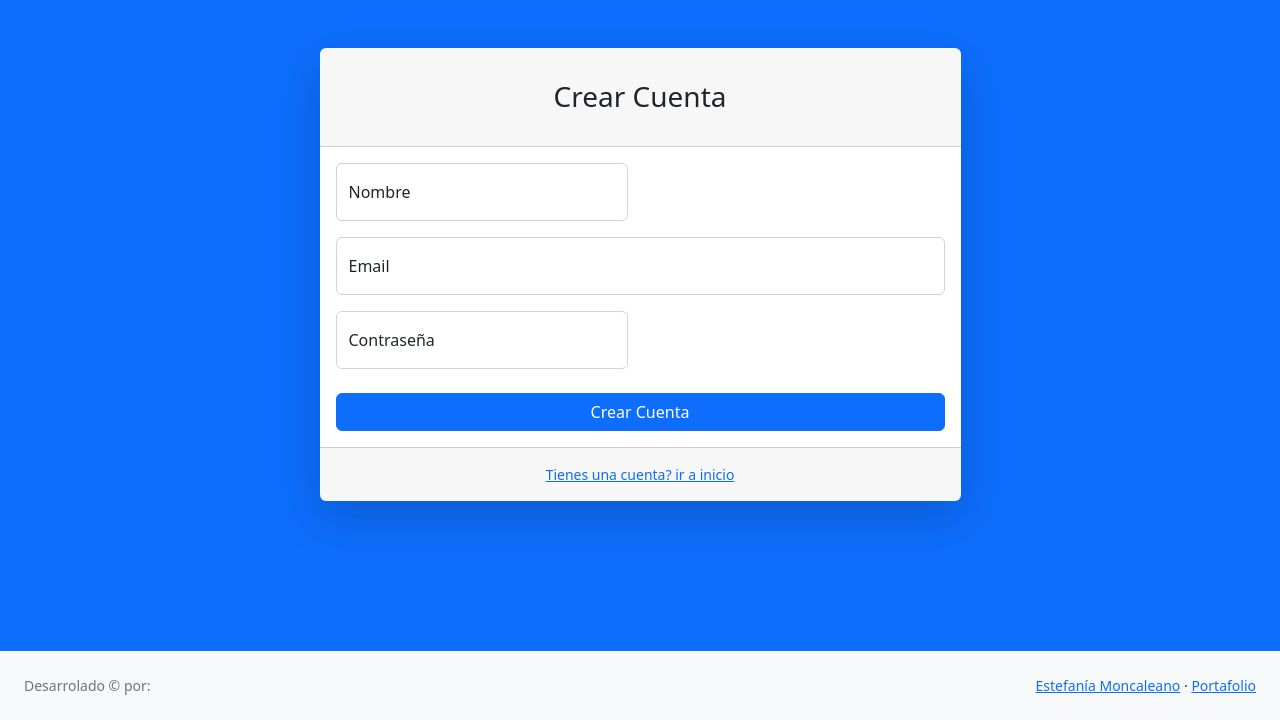
Repository: EstefaMH/Dashboard
Page: register.html
The author's editor kept a copy of each file at every save. The page is drawn from the files as they stood at one save, then again after the next save.
The browser window is 1280 px wide. The pictures show the whole page.
Some web libraries are served in a nearby version.

Above is the page before, as saved 2023-12-29 02:40:43.

### register.html
<!DOCTYPE html>
<html lang="en">

<head>
    <meta charset="utf-8" />
    <meta http-equiv="X-UA-Compatible" content="IE=edge" />
    <meta name="viewport" content="width=device-width, initial-scale=1, shrink-to-fit=no" />
    <meta name="description" content="" />
    <meta name="author" content="" />
    <title>Registro - Admin</title>
    <link href="styles/styles.css" rel="stylesheet" />
    <script src="https://use.fontawesome.com/releases/v6.3.0/js/all.js" crossorigin="anonymous"></script>
</head>

<body class="bg-primary">
    <div id="layoutAuthentication">
        <div id="layoutAuthentication_content">
            <main>
                <div class="container">
                    <div class="row justify-content-center">
                        <div class="col-lg-7">
                            <div class="card shadow-lg border-0 rounded-lg mt-5">
                                <div class="card-header">
                                    <h3 class="text-center font-weight-light my-4">Crear Cuenta</h3>
                                </div>
                                <div class="card-body">
                                    <form class="form_register" id="form_register" name="form_register" onsubmit="submitFormRegister()">
                                        <div class="row mb-3">
                                            <div class="col-md-6">
                                                <div class="form-floating mb-3 mb-md-0">
                                                    <input required name="userName" class="form-control" id="inputFirstName"
                                                        type="text" placeholder="Enter your first name" />
                                                    <label for="inputFirstName">Nombre</label>
                                                </div>
                                            </div>

                                        </div>
                                        <div class="form-floating mb-3">
                                            <input required name="email" class="form-control" id="inputEmail" type="email"
                                                placeholder="name@example.com" />
                                            <label for="inputEmail">Email </label>
                                        </div>
                                        <div class="row mb-3">
                                            <div class="col-md-6">
                                                <div class="form-floating mb-3 mb-md-0">
                                                    <input name="password" class="form-control" id="inputPassword"
                                                        type="password" placeholder="Create a password" />
                                                    <label for="inputPassword">Contraseña</label>
                                                </div>
                                            </div>

                                        </div>
                                        <div class="mt-4 mb-0">
                                            <div class="d-grid">
                                                <button class="btn btn-primary btn-block">Crear
                                                    Cuenta
                                                </button>
                                            </div>
                                        </div>
                                    </form>
                                </div>
                                <div class="card-footer text-center py-3">
                                    <div class="small"><a href="dashboard.html">Tienes una cuenta? ir a inicio</a></div>
                                </div>
                            </div>
                        </div>
                    </div>
                </div>
            </main>
        </div>
        <div id="layoutAuthentication_footer">
            <footer-component></footer-component>
        </div>
    </div>
    <script src="https://cdn.jsdelivr.net/npm/bootstrap@5.2.3/dist/js/bootstrap.bundle.min.js"
        crossorigin="anonymous"></script>
    <script src="js/scripts.js"></script>
    <script src="components/Footer.js"></script>
    <script src="functions/Auth/Register.js"></script>
    <script src="services/POST/postAdmin.js"></script>
    <script src="handlers/Register.js"></script>
    <script src="models/Admin.js"></script>
</body>

</html>

### js/scripts.js
/*!
    * Start Bootstrap - SB Admin v7.0.7 (https://startbootstrap.com/template/sb-admin)
    * Copyright 2013-2023 Start Bootstrap
    * Licensed under MIT (https://github.com/StartBootstrap/startbootstrap-sb-admin/blob/master/LICENSE)
    */
    //
// Scripts
//

window.addEventListener('DOMContentLoaded', event => {

    // Toggle the side navigation
    const sidebarToggle = document.body.querySelector('#sidebarToggle');
    if (sidebarToggle) {
        // Uncomment Below to persist sidebar toggle between refreshes
        // if (localStorage.getItem('sb|sidebar-toggle') === 'true') {
        //     document.body.classList.toggle('sb-sidenav-toggled');
        // }
        sidebarToggle.addEventListener('click', event => {
            event.preventDefault();
            document.body.classList.toggle('sb-sidenav-toggled');
            localStorage.setItem('sb|sidebar-toggle', document.body.classList.contains('sb-sidenav-toggled'));
        });
    }

});

### components/Footer.js
class FooterComponent extends HTMLElement {

    constructor() {
        super();
        this.render();
    }

    render() {
        this.innerHTML =
            `
            <footer class="py-4 bg-light mt-auto">
                <div class="container-fluid px-4">
                    <div class="d-flex align-items-center justify-content-between small">
                        <div class="text-muted">Desarrolado &copy; por: </div>
                        <div>
                            <a href="https://www.linkedin.com/in/estefan%C3%ADa-moncaleano">Estefanía Moncaleano</a>
                            &middot;
                            <a href="https://portafolio-react-og8w6l76g-estefamh.vercel.app/skills">Portafolio </a>
                        </div>
                    </div>
                </div>
            </footer>
                `
    }
}

customElements.define("footer-component", FooterComponent);

### functions/Auth/Register.js
async function submitFormRegister() {

    const admin = new Admin();

    let form = new FormData(form_register)
    console.log(form);
    const jsonData = {};

    form.forEach((value, key) => {
      jsonData[key] = value;
    });

    admin.userName = jsonData['userName'];
    admin.email = jsonData['email'];
    admin.password = jsonData['password'];

    postAdmin(admin.userName,admin.password , admin.email)
    handleRegister()
  }

### services/POST/postAdmin.js
async function postAdmin(userName, password, email) {

    try {

        const baseUrl = "http://localhost:3000";

        const data = { userName, password, email }

        const headers = {

            method: "POST",
            headers: {
                "Content-Type": "application/json",
            },
            body: JSON.stringify(data),

        }

        const response = await fetch(`${baseUrl}/admin`, headers);

        return response.status;


    } catch (error) {
        console.error("Error:", error);
    }


}

### handlers/Register.js


const handleRegister = () => {
    document.getElementById("form_register")
    .action = "index.html"
}

### models/Admin.js
class Admin {

    constructor(userName, email, password) {
        this.userName = userName;
        this.email = email;
        this.password = password;
    }

    setUser(userName, email, password) {
        localStorage.setItem("userName", userName);
        localStorage.setItem("email", email);
        localStorage.setItem("password", password);
    }

    removeUser() {
        localStorage.removeItem("userName");
        localStorage.removeItem("email");
        localStorage.removeItem("password");

        location.href = ("login.html");
    }


    async findUser(email) {


        let response = getAdmin().then((data) => {

            console.log(data)
            let adminData = data.find(admin => admin.email === email);
            console.log(adminData)

            return adminData;

        })
            .catch(error => {
                console.error('Error en la solicitud:', error);
            });

        return response;
    }

    async validationCredentialsUser(emailForm, passwordForm) {

        let user = await this.findUser(emailForm);
        console.log(user);

        if (user == undefined) {

            Swal.fire({
                title: "Usuario no encontrado",
                text: "Verifica tu email o registrate",
                icon: "warning",
                showCancelButton: true,
                confirmButtonText: "Registrarme",
                cancelButtonText: "Cancelar",
                reverseButtons: true
            }).then((result) => {
                if (result.isConfirmed) {
                    location.href = "register.html";
                }
            });
        }


        let { userName, password, email } = user


        if (emailForm != email) {

            Swal.fire({
                title: "Credenciales incorrectas",
                text: "El email ingresado es incorrecto",
                icon: "error"
            });

        } else if (passwordForm != password) {
            Swal.fire({
                title: "Credenciales incorrectas",
                text: "La contraseña ingresada es incorrecta",
                icon: "error"
            });

        } else {
            location.href = "dashboard.html";
            this.setUser(userName, email, password)
        }
    }

}

Loaded but not shown: styles/styles.css (library)

After the next save:
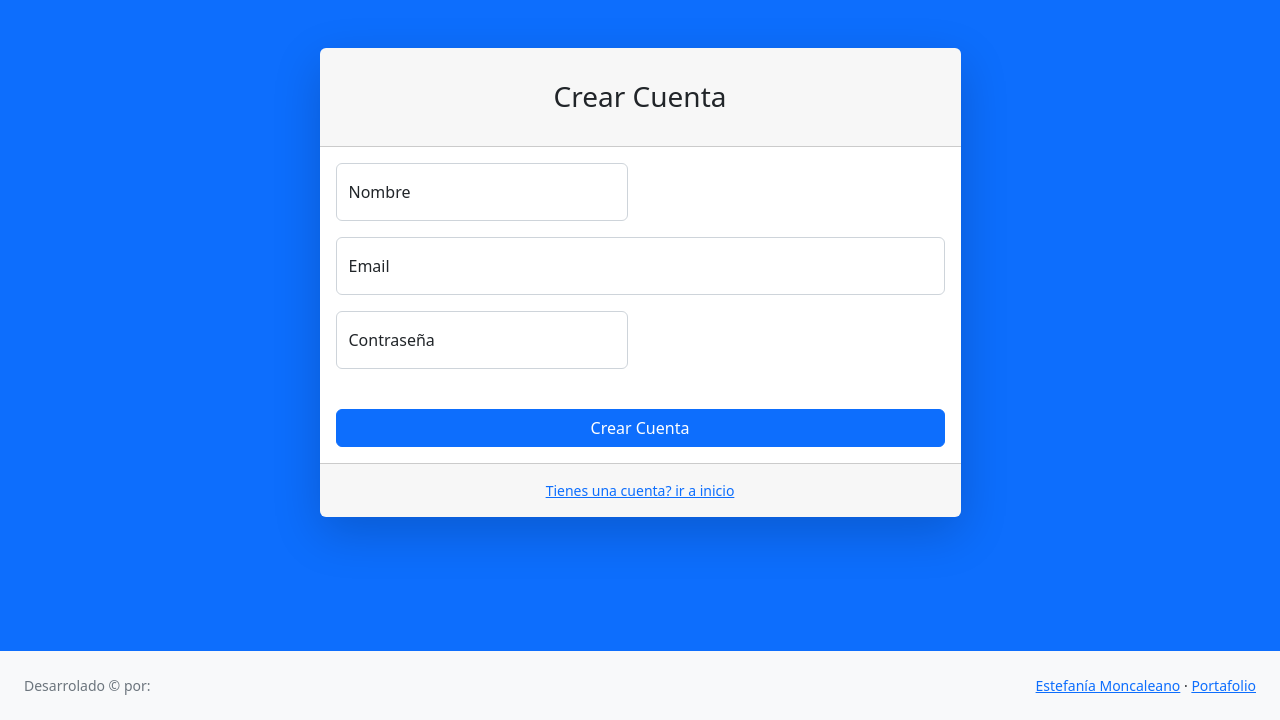
Saved 20 s later.
--- a/register.html
+++ b/register.html
@@ -42,7 +42,7 @@
                                         </div>
                                         <div class="row mb-3">
                                             <div class="col-md-6">
-                                                <div class="form-floating mb-3 mb-md-0">
+                                                <div class="form-floating mb-3 ">
                                                     <input name="password" class="form-control" id="inputPassword"
                                                         type="password" placeholder="Create a password" />
                                                     <label for="inputPassword">Contraseña</label>

After the save that followed:
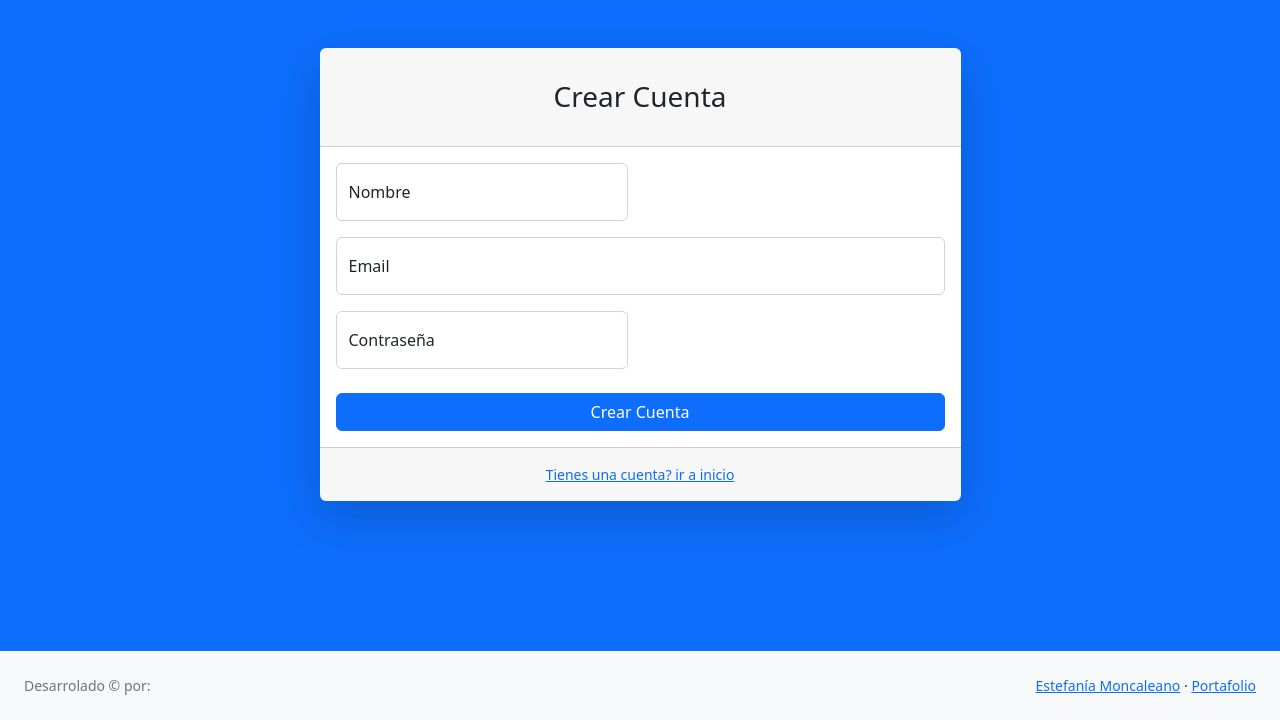
Saved 11 s later.
--- a/register.html
+++ b/register.html
@@ -42,7 +42,7 @@
                                         </div>
                                         <div class="row mb-3">
                                             <div class="col-md-6">
-                                                <div class="form-floating mb-3 ">
+                                                <div class="form-floating mb-3 mb-md-0">
                                                     <input name="password" class="form-control" id="inputPassword"
                                                         type="password" placeholder="Create a password" />
                                                     <label for="inputPassword">Contraseña</label>
